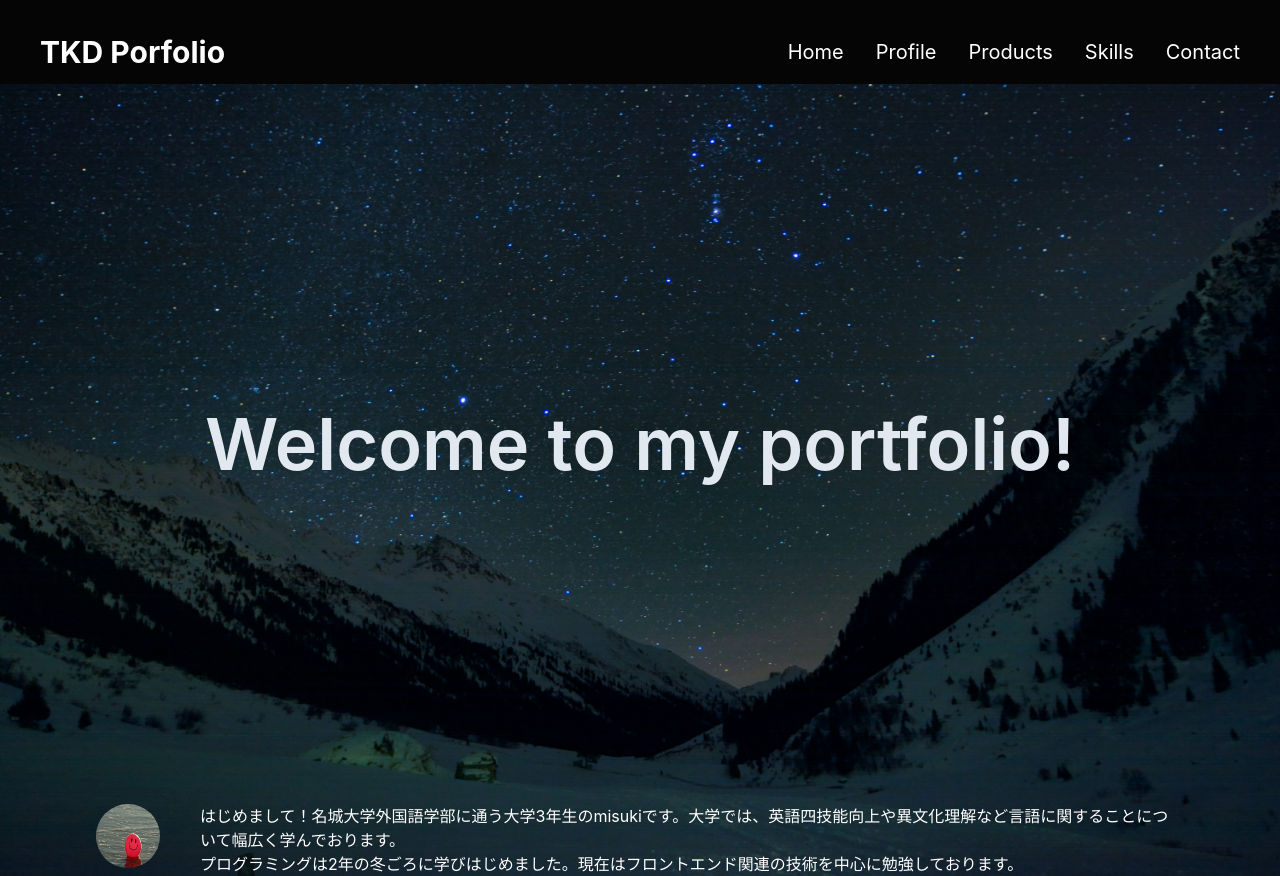
Repository: MitukiTakada/todo-aplication
Page: / (app in design/dev/react-tailwind/react-tailwind/)
These files come from the project's save history. The page is drawn as it stood at one moment and after the next save; the edit follows.
The browser window is 1280 px wide. The pictures show the whole page.
The project was rebuilt for these pictures with package versions that can differ from the ones it lists, and the page was loaded fresh each time. Also part of the build but not shown: design/dev/react-tailwind/react-tailwind/src/components/Contact.jsx, design/dev/react-tailwind/react-tailwind/src/components/Products.jsx, design/dev/react-tailwind/react-tailwind/src/components/Profile.jsx, design/dev/react-tailwind/react-tailwind/src/components/Skills.jsx.

Above is the page before, as saved 2022-11-19 14:53:27.

After the next save:
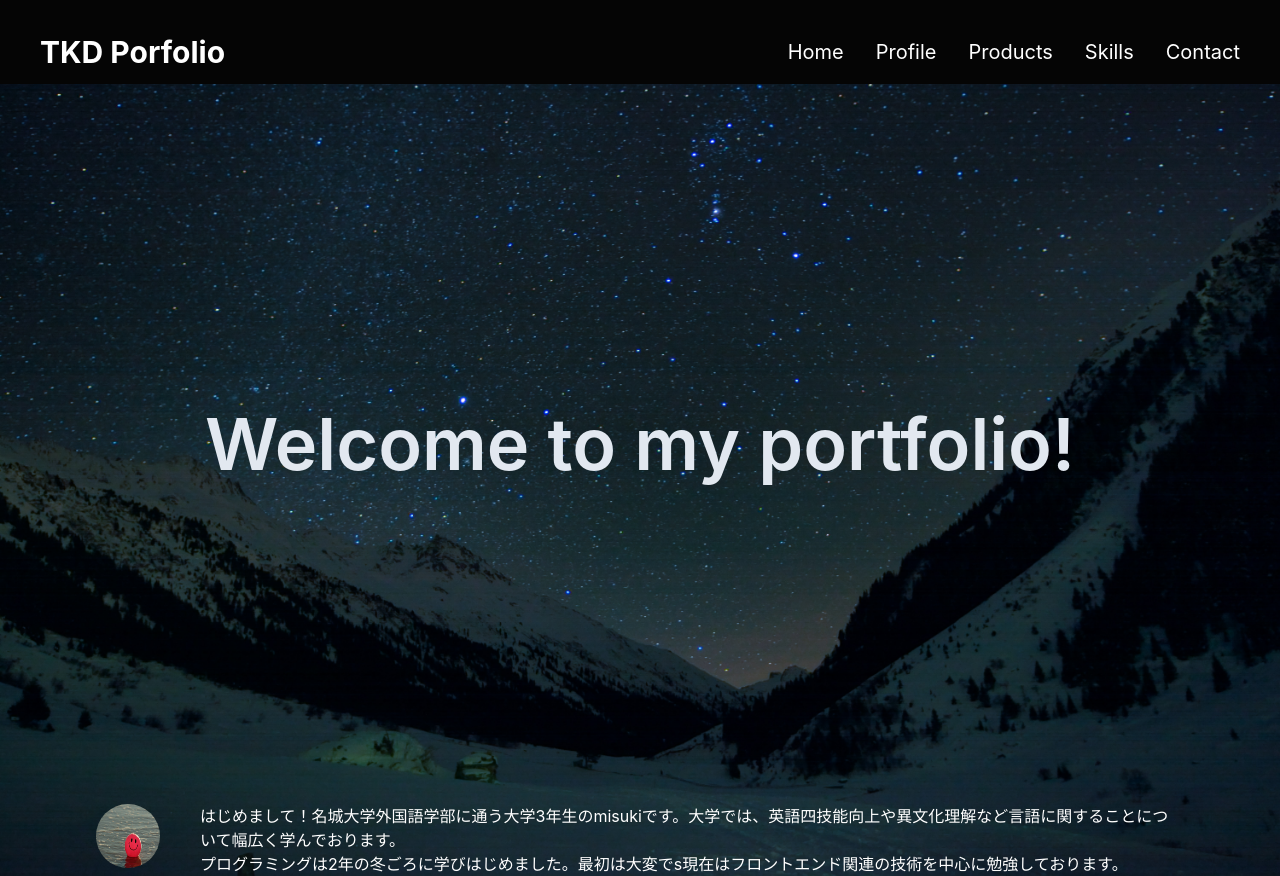
Saved 8 s later.
--- a/design/dev/react-tailwind/react-tailwind/src/components/Home.jsx
+++ b/design/dev/react-tailwind/react-tailwind/src/components/Home.jsx
@@ -14,7 +14,7 @@ const Home = () => {
         <p>
           はじめまして！名城大学外国語学部に通う大学3年生のmisukiです。大学では、英語四技能向上や異文化理解など言語に関することについて幅広く学んでおります。
           <br />
-          プログラミングは2年の冬ごろに学びはじめました。現在はフロントエンド関連の技術を中心に勉強しております。
+          プログラミングは2年の冬ごろに学びはじめました。最初は大変でs現在はフロントエンド関連の技術を中心に勉強しております。
         </p>
       </div>
     </div>
